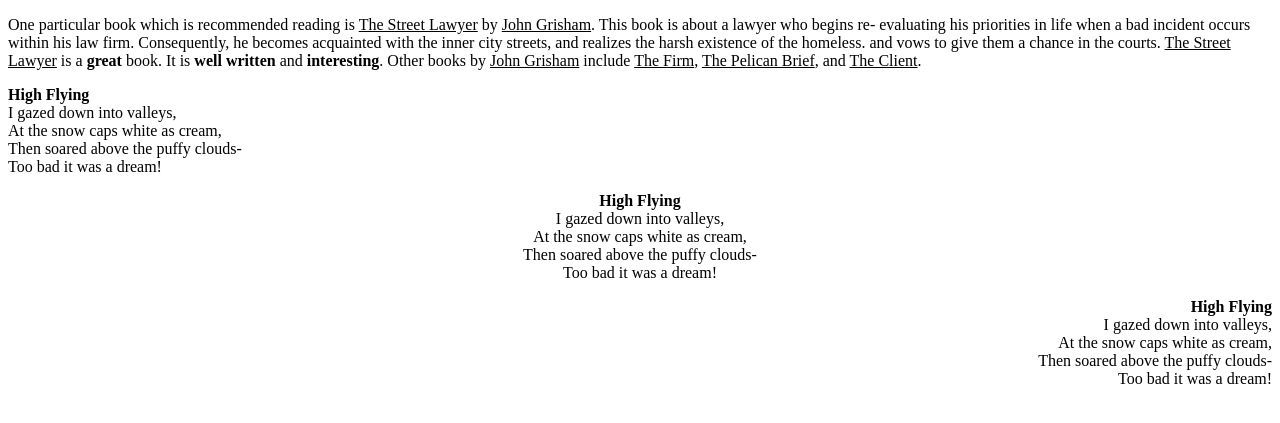
Repository: NguyenPhuSang21023391/HTCNWeb_T1-2
Page: TH_Tuan01/html/bai03.html
An editor plug-in stored every save of this project. The page is shown before and after the next save, followed by the edit.
The browser window is 1280 px wide. The pictures show the whole page.

Above is the page before, as saved 2023-02-19 16:16:31.

### TH_Tuan01/html/bai03.html
<!DOCTYPE html>
<html lang="en">
  <head>
    <meta charset="UTF-8" />
    <meta http-equiv="X-UA-Compatible" content="IE=edge" />
    <meta name="viewport" content="width=device-width, initial-scale=1.0" />
    <title>Document</title>
  </head>
  <body>
    <p>
      One particular book which is recommended reading is
      <u>The Street Lawyer</u> by <u>John Grisham</u>. This book is about a
      lawyer who begins re- evaluating his priorities in life when a bad
      incident occurs within his law firm. Consequently, he becomes acquainted
      with the inner city streets, and realizes the harsh existence of the
      homeless. and vows to give them a chance in the courts.
      <u>The Street Lawyer</u> is a <b>great</b> book. It is
      <b>well written</b> and <b>interesting</b>. Other books by
      <u>John Grisham</u> include <u>The Firm</u>, <u>The Pelican Brief</u>, and
      <u>The Client</u>.
    </p>

    <p style="text-align: left">
      <b>High Flying</b> <br />I gazed down into valleys, <br />At the snow caps
      white as cream,<br />Then soared above the puffy clouds- <br />Too bad it
      was a dream!
    </p>

    <p style="text-align: center">
      <b>High Flying</b> <br />I gazed down into valleys, <br />At the snow caps
      white as cream,<br />Then soared above the puffy clouds- <br />Too bad it
      was a dream!
    </p>

    <p style="text-align: right">
      <b>High Flying</b> <br />I gazed down into valleys, <br />At the snow caps
      white as cream,<br />Then soared above the puffy clouds- <br />Too bad it
      was a dream!
    </p>
  </body>
</html>

After the next save:
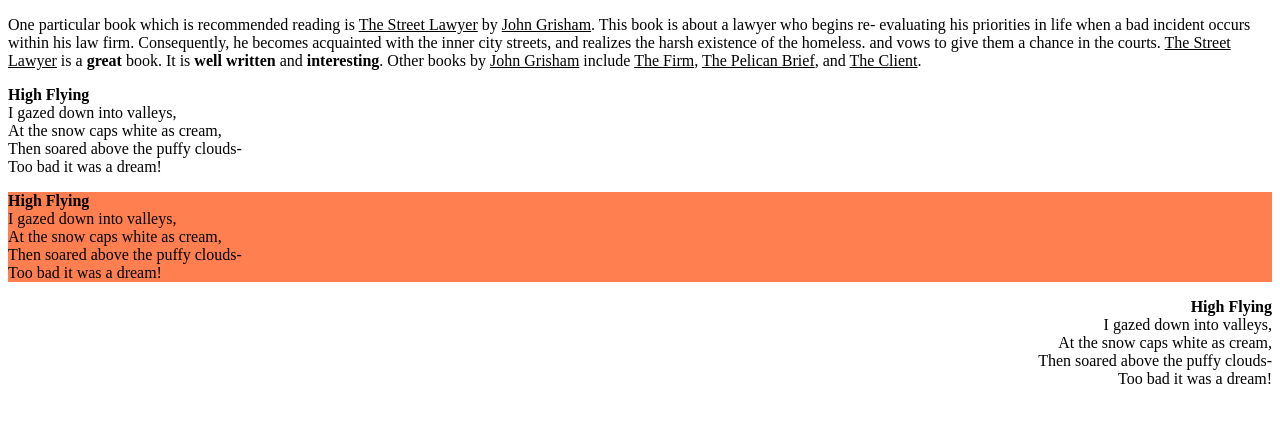
Saved 3 min 56 s later.
--- a/TH_Tuan01/html/bai03.html
+++ b/TH_Tuan01/html/bai03.html
@@ -26,7 +26,7 @@
       was a dream!
     </p>
 
-    <p style="text-align: center">
+    <p style=background-color:coral;" style= "text-align: center">
       <b>High Flying</b> <br />I gazed down into valleys, <br />At the snow caps
       white as cream,<br />Then soared above the puffy clouds- <br />Too bad it
       was a dream!
